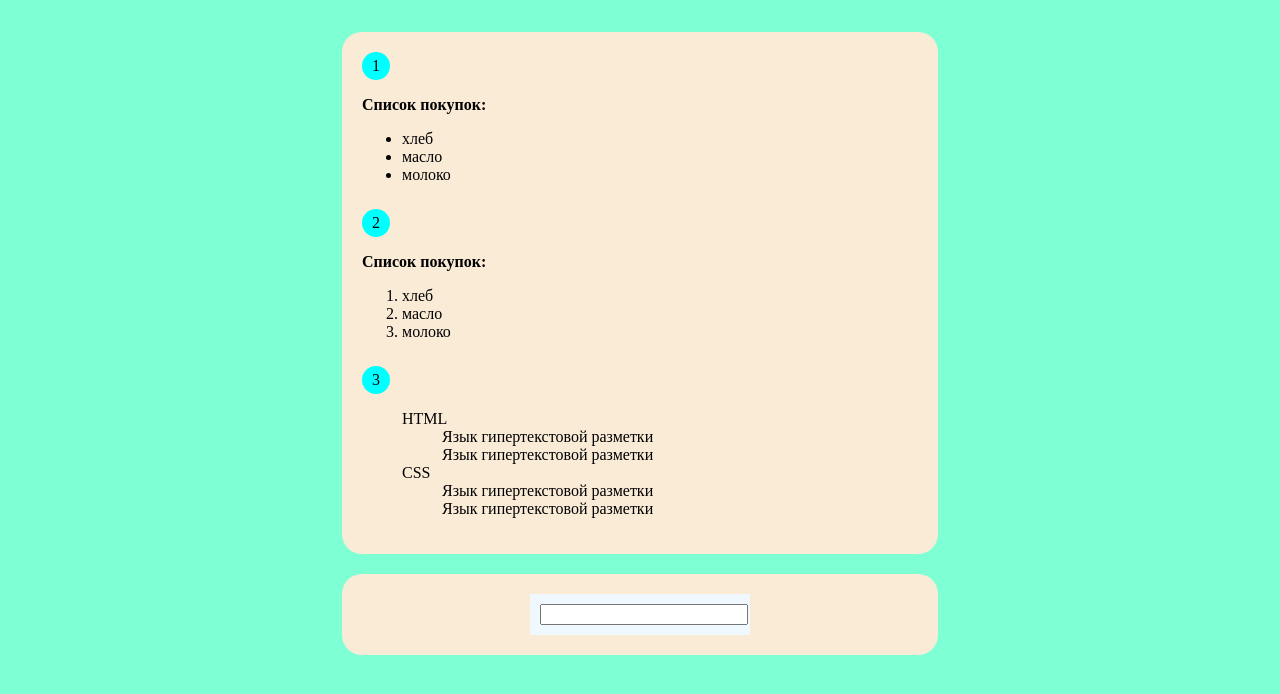
Repository: Savich01/-
Page: html/index.html
The author's editor kept a copy of each file at every save. The page is drawn from the files as they stood at one save, then again after the next save.
The browser window is 1280 px wide. The pictures show the whole page.

Above is the page before, as saved 2024-05-31 15:02:24.

### html/index.html
<!DOCTYPE html>
<html lang="en">
<head>
    <meta charset="UTF-8">
    <meta name="viewport" content="width=device-width, initial-scale=1.0">
    <title>Document</title>
    <link rel="stylesheet" href="/css/style.css">
</head>
<body>

    <header class="header">

    </header>
    <main class="main">
        <div class="container">
            <section class="section-1">
                <div class="block">1</div>
                <p class="text">
                    <b>Список покупок:</b>
                </p>
                <ul class="list">
                    <li>хлеб</li>
                    <li>масло</li>
                    <li>молоко</li>
                </ul>

                <div class="block">2</div>
                <p class="text">
                    <b>Список покупок:</b>
                </p>
                <ol class="list">
                    <li>хлеб</li>
                    <li>масло</li>
                    <li>молоко</li>
                </ol>

                <div class="block">3</div>
                <ul class="main-list--item">
                    <li>HTML
                        <ul>
                            <li class="main-link">Язык гипертекстовой разметки</li>
                            <li class="main-link">Язык гипертекстовой разметки</li>
                        </ul>
                    </li>
                    <li>CSS
                        <ul>
                            <li class="main-link">Язык гипертекстовой разметки</li>
                            <li class="main-link">Язык гипертекстовой разметки</li>
                        </ul>
                    </li>
                </ul>
            </section>

            <section class="section-2">
                <div class="description">
                    <input class="input" type="text">
                </div>
            </section>
        </div>
    </main>
    <footer class="footer">

    </footer>

</body>
</html>

### css/style.css
body{
    max-width: 600px;
    height: 100%;
    margin: 0 auto;
    background-color: aquamarine;
    padding: 0px 10px;
}

.container{
    padding: 2px;
    margin-top: 30px;
}
/* ==========SECTION-1========================== */
.section-1{
    padding: 20px;
    background-color: antiquewhite;
    border-radius: 20px;
    margin-bottom: 20px;
}

.block{
    background-color:aqua;
    display: inline-block;
    padding: 5px 10px;
    border-radius: 100%;
}

.list{
    margin-bottom: 25px;
}
.main-list--item{
    list-style: none;
    /* text-decoration: none; */
}

.main-link{
    list-style: none;
}

/* ==========SECTION-2========================== */

.section-2{
    background-color: antiquewhite;
    border-radius: 20px;
    padding: 20px;
}

.description{
    margin: 0 auto;
    background-color: aliceblue;
    max-width: 200px;
    padding: 10px;
}
.input{
    margin: 0 auto;
    width: 100%;
}

After the next save:
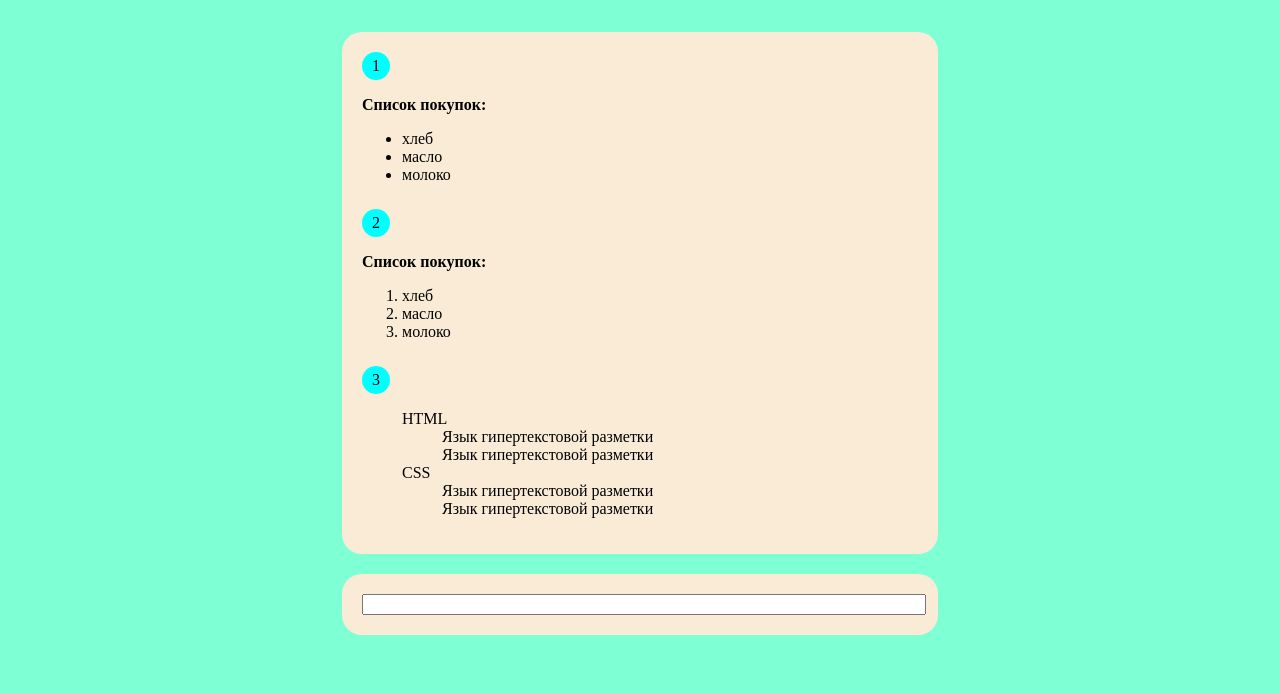
Saved 37 s later.
--- a/html/index.html
+++ b/html/index.html
@@ -52,9 +52,7 @@
             </section>
 
             <section class="section-2">
-                <div class="description">
-                    <input class="input" type="text">
-                </div>
+                <input class="input" type="text">
             </section>
         </div>
     </main>
